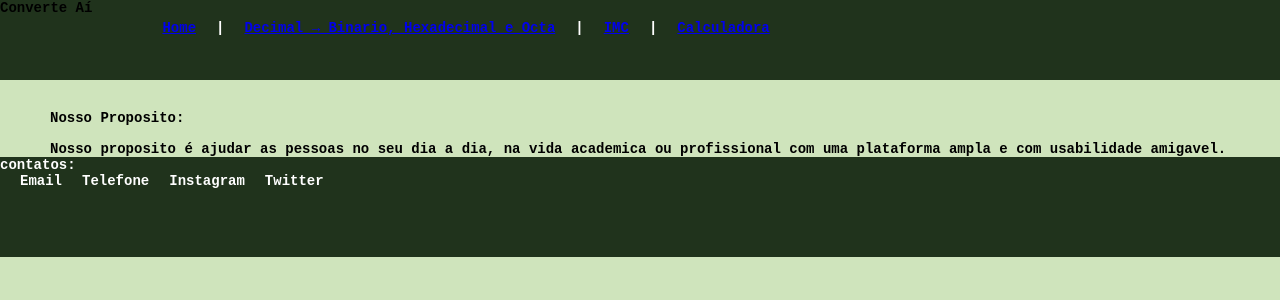
Repository: Frav1u/converteai
Page: ConverteAi/src/main/webapp/home.html
The author's editor kept a copy of each file at every save. The page is drawn from the files as they stood at one save, then again after the next save.
The browser window is 1280 px wide. The pictures show the whole page.
Some web fonts or font styles are not loaded; a fallback is used.

Above is the page before, as saved 2023-10-01 00:14:40.

### ConverteAi/src/main/webapp/home.html
<!DOCTYPE html>
<html>
<head>
<meta charset="UTF-8">
<title>Converte aí</title>
<link href="https://fonts.googleapis.com/css2?family=Inter:wght@400;700&family=Space+Mono:wght@400;700&display=swap"
        rel="stylesheet">
    <link rel="stylesheet" href="stylehome.css">
</head>
<body>
	<header>
	<a>Converte Aí</a>

		<nav>
			<ul class="menu">
				<li><a href="home.html">Home</a></li>
				<li>  |  </li>
				<li><a href="decimalParaBinario.html">Decimal → Binario, Hexadecimal e Octa</a></li>
				<li>  |  </li>
				<li><a href="imc.html">IMC</a></li>
				<li>  |  </li>
				<li><a href="calculadora.html">Calculadora</a></li>
			</ul>
		</nav>
	</header>
	<main>


		<h1 class="tituloProposito">Nosso Proposito: </h1>
		<p class="proposito">Nosso proposito é ajudar as pessoas no seu dia a dia, na vida academica ou profissional com uma plataforma ampla e com usabilidade amigavel.</p>

	</main>


	<footer>
		<a>contatos: </a>
		<ul class="contatos">
			<li>Email</li>
			<li>Telefone</li>
			<li>Instagram</li>
			<li>Twitter</li>
		</ul>

	</footer>
</body>

</html>

### ConverteAi/src/main/webapp/stylehome.css

* {
    margin: 0;
    padding: 0;
    box-sizing: border-box;
    list-style: none;
    font-family: 'Apotek Bold', monospace;
    font-weight: 600;
    font-size: 14px;
    outline: none;
}

body{
	background-color: #CFE4BC;
}

li{
	font-size: 14px;
	margin-left: 20px;

}

header{
	background-color: #20331C;
	color: white;
	height: 80px;
	text-decoration: none;
    color: inherit;
    display: flex;
}

.contatos{
	display: flex;
}

footer{
	background-color: #20331C;
	color: white;
	height: 100px;

}
.proposito{
	margin-top: 15px;
	margin-left: 50px;

}
.menu{
	color: white;
	display: flex;
	margin-top: 20px;
	margin-left: 50px;

}

.tituloProposito{
	margin-top: 30px;
	margin-left: 50px;

}

After the next save:
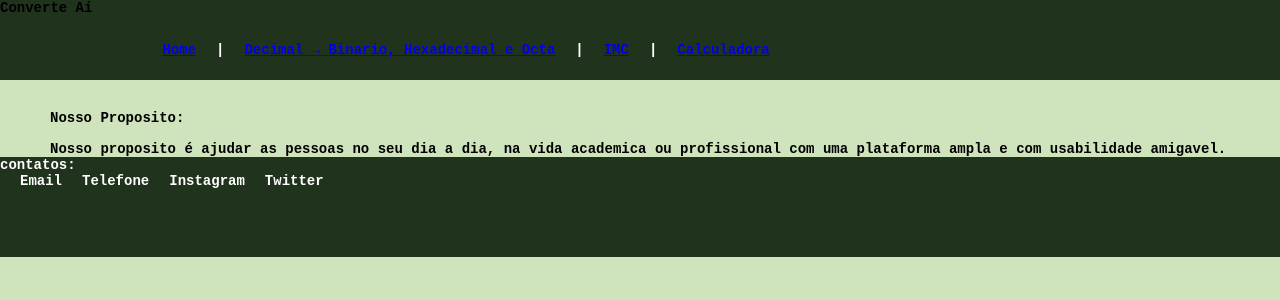
Saved 21 s later.
--- a/ConverteAi/src/main/webapp/stylehome.css
+++ b/ConverteAi/src/main/webapp/stylehome.css
@@ -57,3 +57,10 @@ footer{
 	margin-left: 50px;
 
 }
+
+
+nav{
+	display: flex;
+	justify-content: center;
+	align-items: center;
+}
